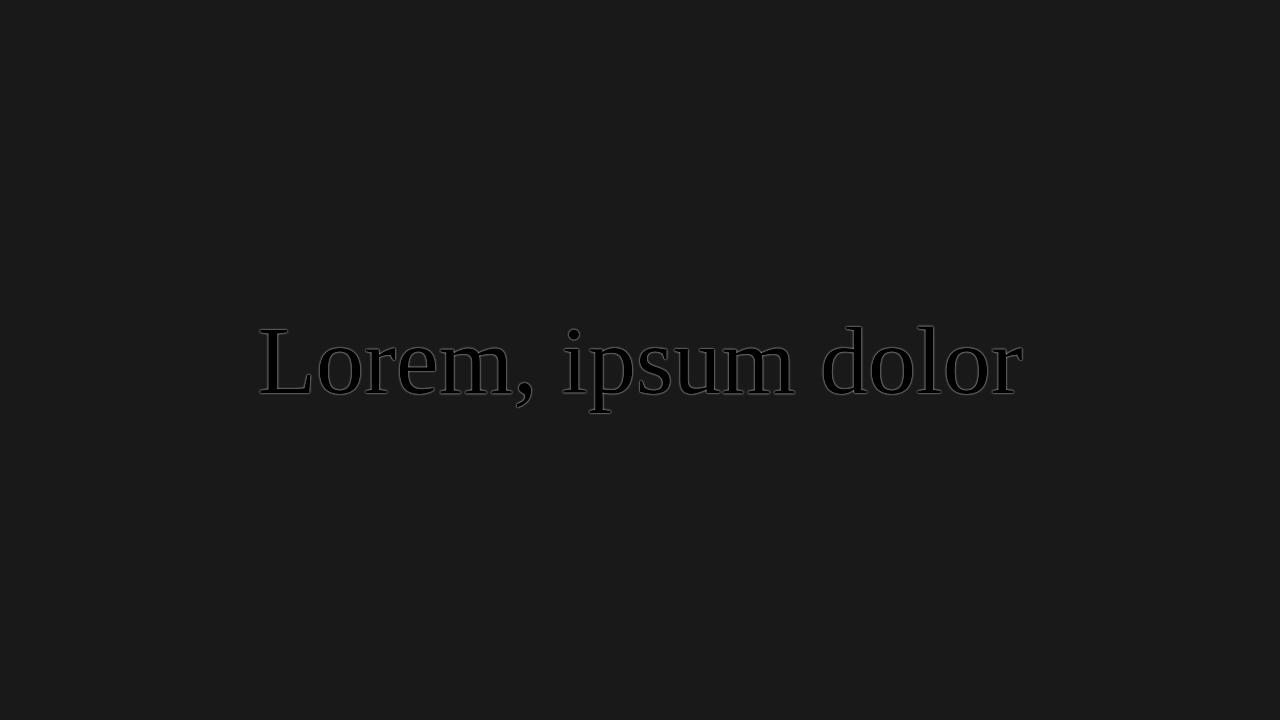
Repository: zuuo/--
Page: 文字颜色跑马灯/index.html
These files come from the project's save history. The page is drawn as it stood at one moment and after the next save; the edit follows.
The browser window is 1280 px wide. The pictures show the whole page.
The style sheet was rebuilt from its Sass, Less or Tailwind sources for each picture, by a compiler version that may differ from the author's.

Above is the page before, as saved 2024-02-29 21:36:19.

### 文字颜色跑马灯/index.html
<!DOCTYPE html>
<html lang="en">

<head>
    <meta charset="UTF-8">
    <meta name="viewport" content="width=device-width, initial-scale=1.0">
    <title>Document</title>
    <link rel="stylesheet" href="./style.css">
</head>

<body>
    <div class="box">Lorem, ipsum dolor</div>
</body>

</html>

### 文字颜色跑马灯/style.less
body {
    margin: 0;
    padding: 0;
}

.box {
    width: 100vw;
    height: 100vh;
    background-color: #1a1919;
    font-size: 96px;
    display: flex;
    align-items: center;
    justify-content: center;
    text-shadow: 0 0 2px #fff;
}

After the next save:
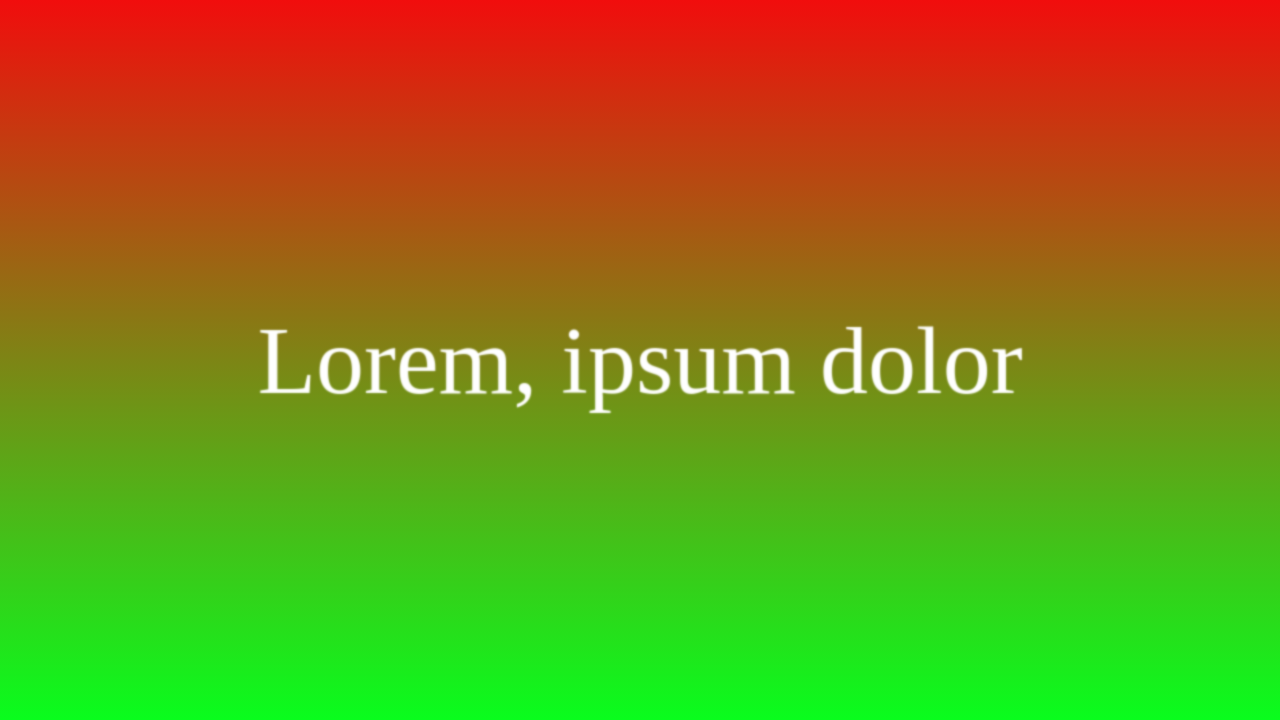
Saved 82 s later.
--- a/文字颜色跑马灯/style.less
+++ b/文字颜色跑马灯/style.less
@@ -12,4 +12,8 @@
     align-items: center;
     justify-content: center;
     text-shadow: 0 0 2px #fff;
+    color: transparent;
+    background-image: linear-gradient(to top, #09fd1d, #f10d0d);
+    background-size: cover;
+    background-repeat: no-repeat;
 }
